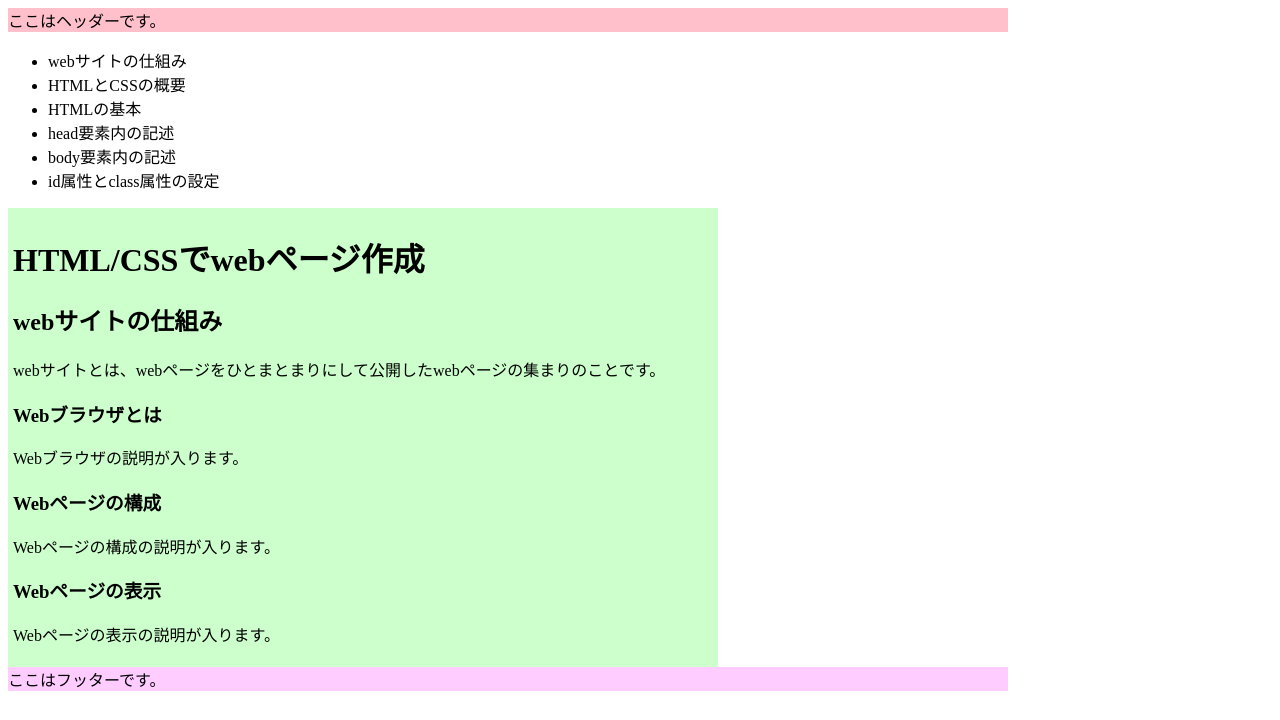
Repository: manueda/practice1
Page: kadai.html
The author's editor kept a record of every edit. The page is drawn from the files as they stood at one moment, then again after the next edit.
The browser window is 1280 px wide. The pictures show the whole page.

Above is the page before.

### kadai.html
<!DOCTYPE html>
<html lang="ja">
    <head>
        <meta charset="UTF-8">
        <link rel="stylesheet"
        href="kadai.css">
        <title>LESSON13</title>
    </head>
    <body>
        <header>ここはヘッダーです。
        </header>
            <div id="wrapper">
            <nav id="menu">
                <ul>
                    <li>webサイトの仕組み</li>
                    <li>HTMLとCSSの概要</li>
                    <li>HTMLの基本</li>
                    <li>head要素内の記述</li>
                    <li>body要素内の記述</li>
                    <li>id属性とclass属性の設定</li>

                </ul>
            </nav>
            <div id="main">
                    <h1>HTML/CSSでwebページ作成</h1>
                        <h2>webサイトの仕組み</h2>
                        webサイトとは、webページをひとまとまりにして公開したwebページの集まりのことです。
                        <h3>Webブラウザとは</h3>
                        Webブラウザの説明が入ります。
                        <h3>Webページの構成</h3>
                        <p>Webページの構成の説明が入ります。
                        </p>
                        <h3>Webページの表示</h3>
                        <p>Webページの表示の説明が入ります。
                        </p>
                </div>
             </div>
        <footer>ここはフッターです。
        </footer>
    </body>
</html>

### kadai.css
header {
    width: 1000px;
    margin: 0;
    background: pink;
}

#main {
    height: auto;
    width: 700px;
    padding: 5px;
    margin: 0;
    background: #ccffcc;
}

wrapper {
  float: right;
  width: 300px;
  background: #ccccff;
}

footer {
    width: 1000px;
    margin: 0;
    background: #ffccff;
}

After the next edit:
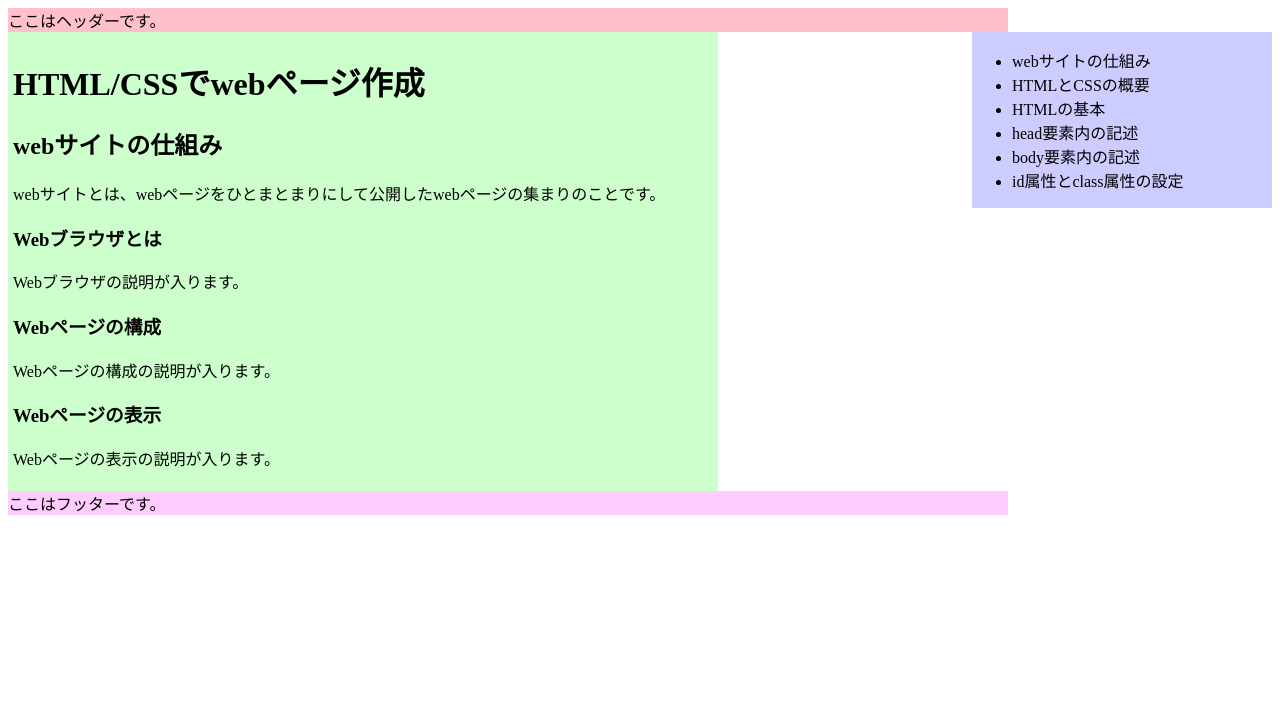
The edit:
--- a/kadai.css
+++ b/kadai.css
@@ -12,7 +12,7 @@
     background: #ccffcc;
 }
 
-wrapper {
+#menu {
   float: right;
   width: 300px;
   background: #ccccff;
